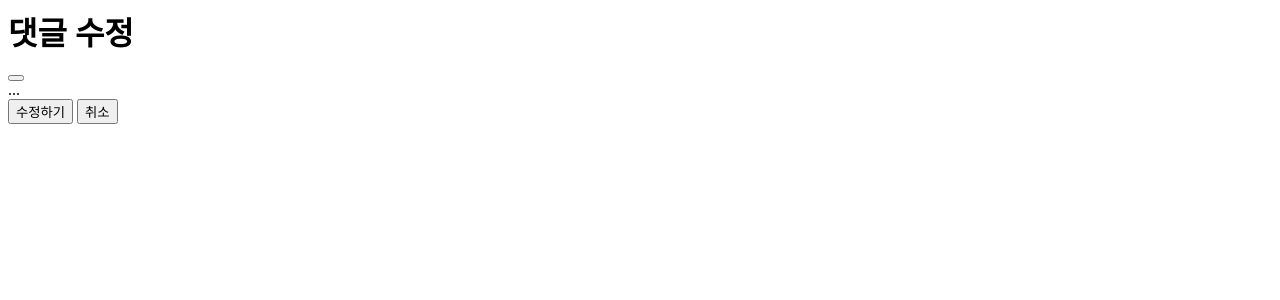
Repository: Seoptrike/jsp
Page: http://localhost/ex04/bbs/modal_update.jsp
The author's editor kept a copy of each file at every save. The page is drawn from the files as they stood at one save, then again after the next save.
The browser window is 1280 px wide. The pictures show the whole page.
The page is served by Tomcat 9. Other server files are loaded and not shown.

Above is the page before, as saved 2024-05-03 10:16:47.

### jsp/ex04/src/main/webapp/bbs/modal_update.jsp
<%@ page language="java" contentType="text/html; charset=UTF-8"
    pageEncoding="UTF-8"%>

<div class="modal fade" id="modalUpdate" data-bs-backdrop="static" data-bs-keyboard="false" tabindex="-1" aria-labelledby="staticBackdropLabel" aria-hidden="true">
  <div class="modal-dialog">
    <div class="modal-content">
      <div class="modal-header">
        <h1 class="modal-title fs-5" id="staticBackdropLabel">댓글 수정</h1>
        <button type="button" class="btn-close" data-bs-dismiss="modal" aria-label="Close"></button>
      </div>
      <div class="modal-body">
        ...
      </div>
      <div class="modal-footer">
      	<button type="button" class="btn btn-primary">수정하기</button>
        <button type="button" class="btn btn-secondary" data-bs-dismiss="modal">취소</button>
      </div>
    </div>
  </div>
</div>

After the next save:
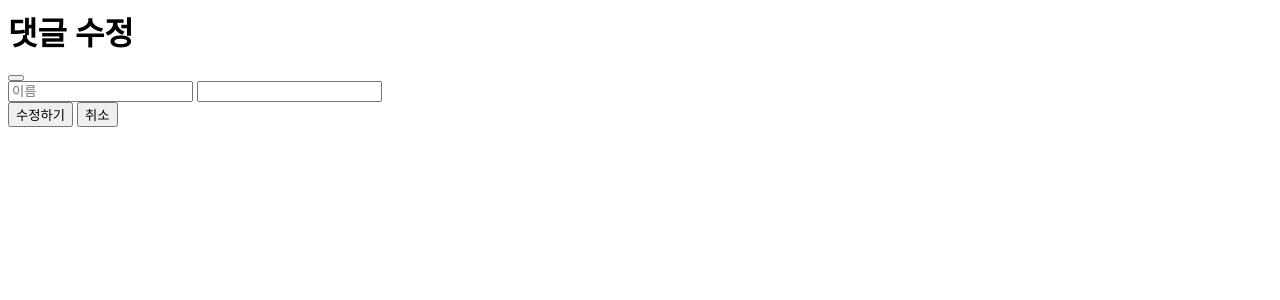
Saved 14 min 2 s later.
--- a/jsp/ex04/src/main/webapp/bbs/modal_update.jsp
+++ b/jsp/ex04/src/main/webapp/bbs/modal_update.jsp
@@ -8,8 +8,10 @@
         <h1 class="modal-title fs-5" id="staticBackdropLabel">댓글 수정</h1>
         <button type="button" class="btn-close" data-bs-dismiss="modal" aria-label="Close"></button>
       </div>
-      <div class="modal-body">
-        ...
+        <div class="modal-body w-100">
+
+     		<input id="writer" class="form-control mb-2" placeholder="이름" value="${user.uname}">
+       		<input id="contents" class="form-control mb-2"  value="${user.phone}">
       </div>
       <div class="modal-footer">
       	<button type="button" class="btn btn-primary">수정하기</button>
